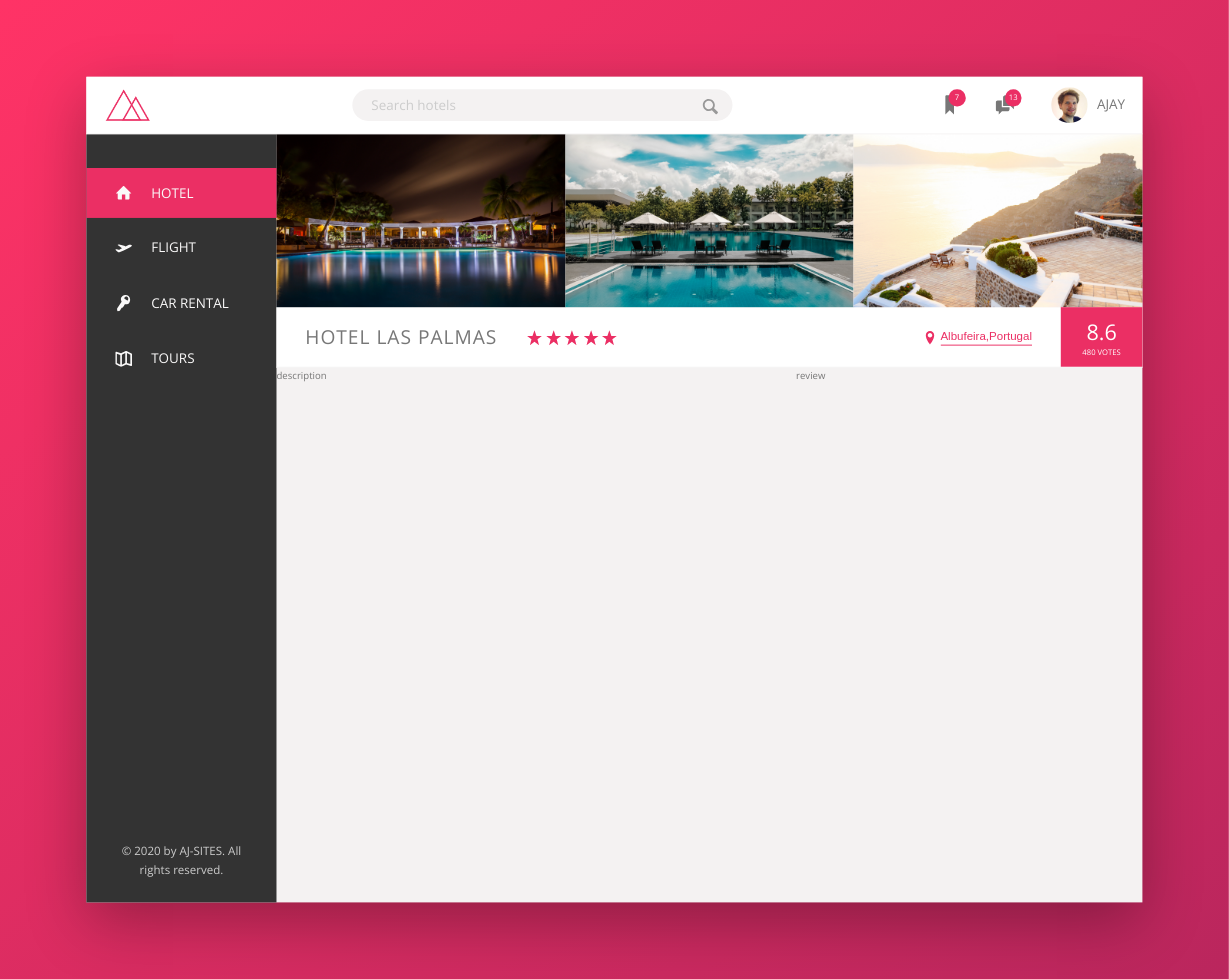
Repository: ajayaj2001/modern-Hotel
Page: /
An editor plug-in stored every save of this project. The page is shown before and after the next save, followed by the edit.
The browser window is 1280 px wide. The pictures show the whole page, at 96% of full size.
The project was rebuilt for these pictures with package versions that can differ from the ones it lists, and the page was loaded fresh each time.

Above is the page before, as saved 2020-12-13 21:58:35.

After the next save:
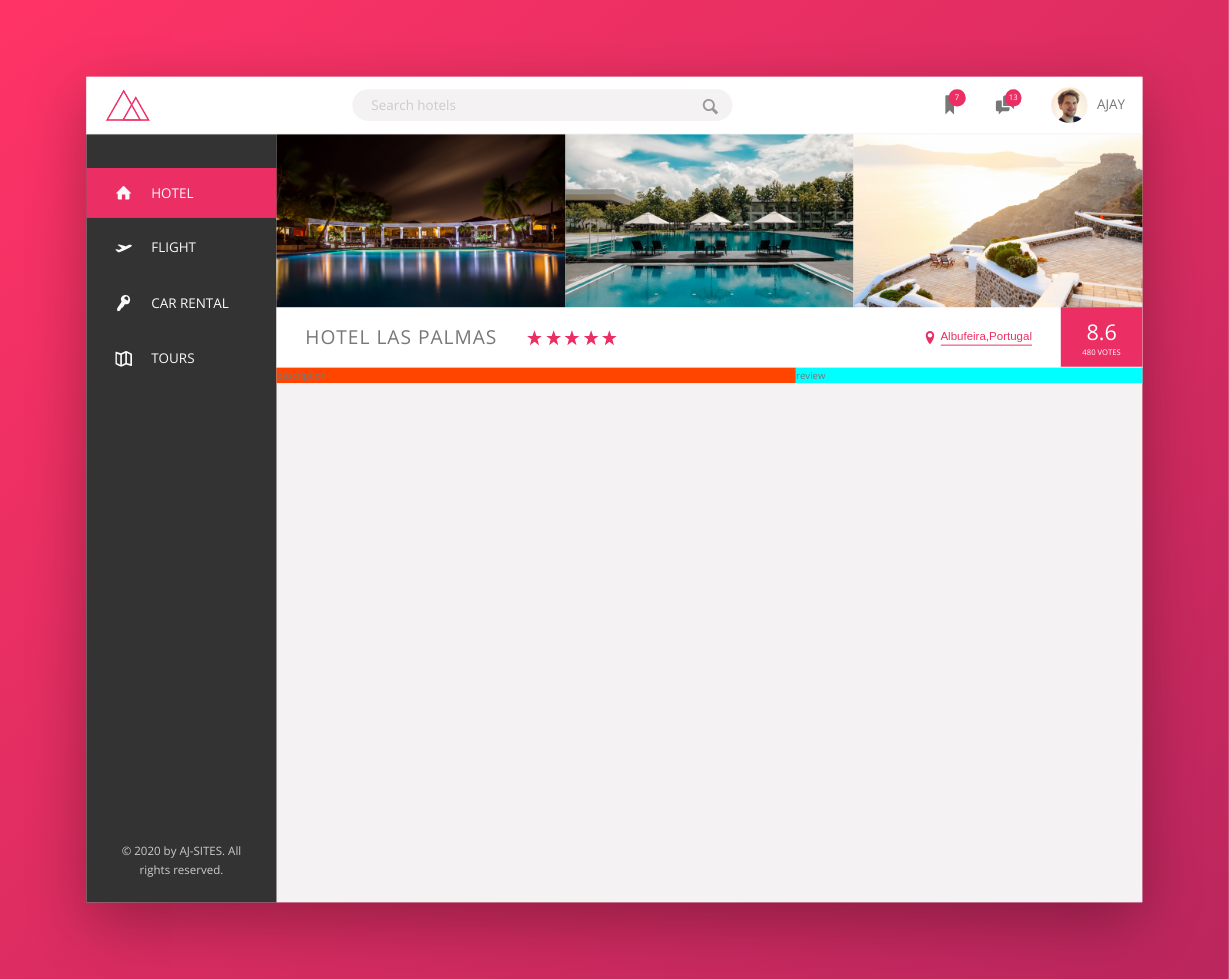
Saved 43 s later.
--- a/src/hotel-view/Hotelview.scss
+++ b/src/hotel-view/Hotelview.scss
@@ -6,7 +6,10 @@
     display: flex;
 }
 .description {
-    width: 60%;
+    flex: 0 0 60%;
+    background-color: orangered;
 }
 .review {
+    flex: 1;
+    background-color: aqua;
 }
